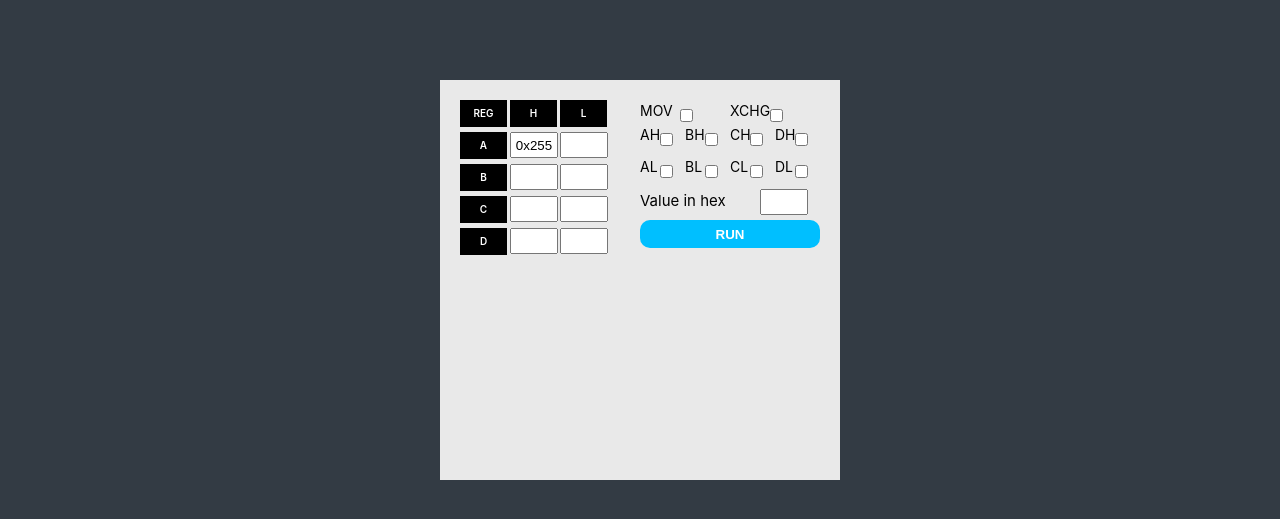
Repository: piookr-wsei/8086
Page: /
These files come from the project's save history. The page is drawn as it stood at one moment and after the next save; the edit follows.
The browser window is 1280 px wide. The pictures show the whole page.
The project was rebuilt for these pictures with package versions that can differ from the ones it lists, and the page was loaded fresh each time.

Above is the page before, as saved 2022-06-18 23:07:04.

After the next save:
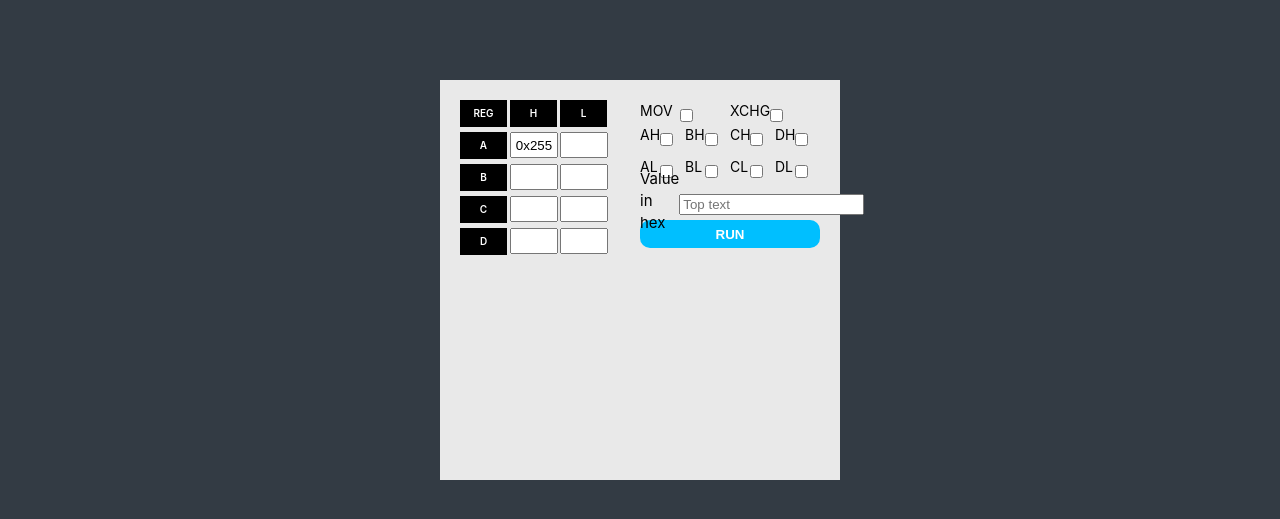
Saved 93 s later.
--- a/src/App.js
+++ b/src/App.js
@@ -138,7 +138,7 @@
               </RegChWrapper>
 
               <LineWrap>
-              <NumDesc textContent={"Value in hex"}/>  <RegInput type="text" onChange={handleChange}  maxLength={3} style={{width:"40px"}}  value={text.topText}/>
+              <NumDesc textContent={"Value in hex"}/>  <input type="text" id="field-1" className="field" name="topText" placeholder="Top text" onChange={handleChange} value={text.topText}></input>
               </LineWrap>
               <Run>RUN</Run>
           </SettingsWrapper>

After the save that followed:
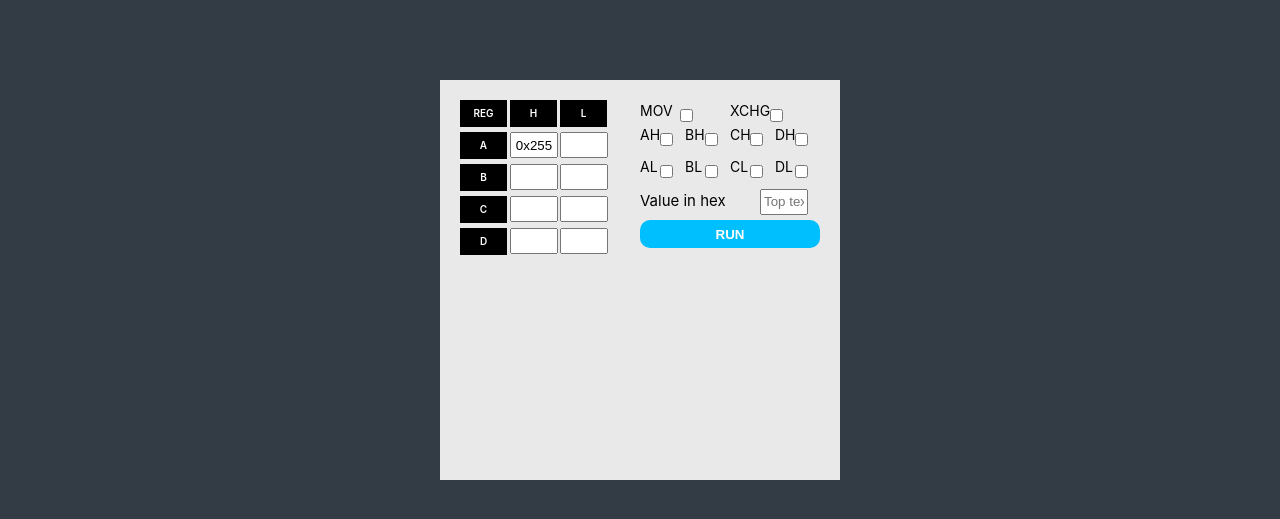
Saved 58 s later.
--- a/src/App.js
+++ b/src/App.js
@@ -138,7 +138,8 @@
               </RegChWrapper>
 
               <LineWrap>
-              <NumDesc textContent={"Value in hex"}/>  <input type="text" id="field-1" className="field" name="topText" placeholder="Top text" onChange={handleChange} value={text.topText}></input>
+              <NumDesc textContent={"Value in hex"}/>  <RegInput type="text" id="field-1" className="field" name="topText" placeholder="Top text" onChange={handleChange}  maxLength={3} style={{width:"40px"}}  value={text.topText}/>
+
               </LineWrap>
               <Run>RUN</Run>
           </SettingsWrapper>
